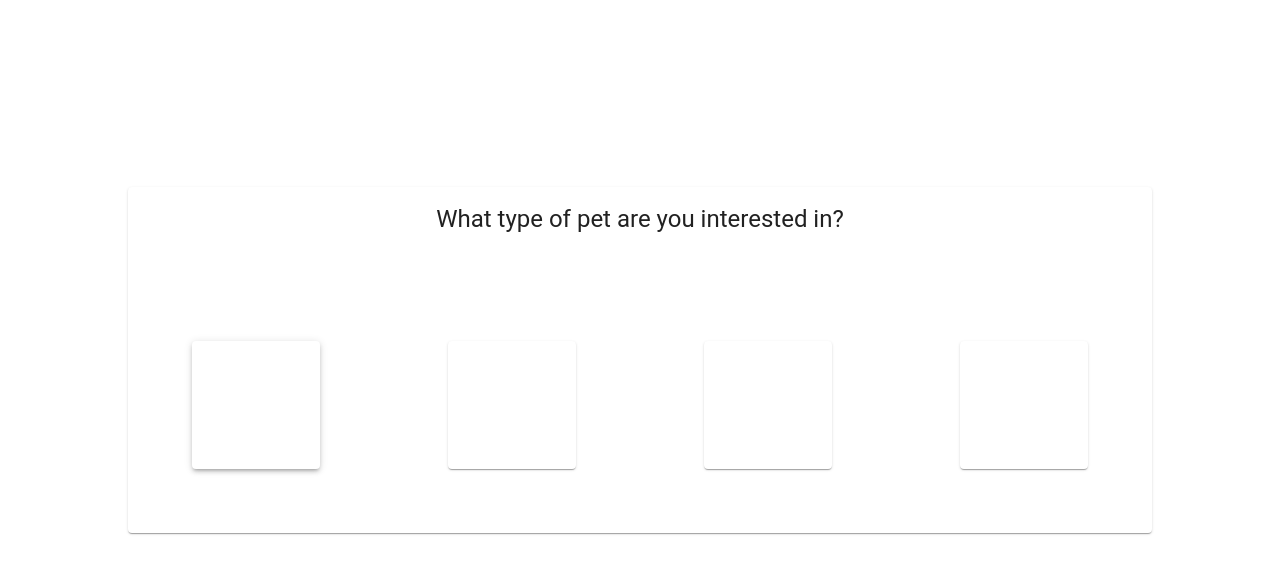
Repository: watthananick1/petstory
Page: /
The author's editor kept a copy of each file at every save. The page is drawn from the files as they stood at one save, then again after the next save.
The browser window is 1280 px wide. The pictures show the whole page.
The project was rebuilt for these pictures with package versions that can differ from the ones it lists, and the page was loaded fresh each time.

Above is the page before, as saved 2023-03-25 14:33:24.

### src/index.tsx
import React from 'react';
import ReactDOM from 'react-dom/client';
import './index.css';
import App from './App';
import reportWebVitals from './reportWebVitals';
import { BrowserRouter } from 'react-router-dom';

const root = ReactDOM.createRoot(document.getElementById('root') as HTMLElement);
root.render(
    <React.StrictMode>
        <BrowserRouter>
            <App />
        </BrowserRouter>
    </React.StrictMode>
);

// If you want to start measuring performance in your app, pass a function
// to log results (for example: reportWebVitals(console.log))
// or send to an analytics endpoint. Learn more: https://bit.ly/CRA-vitals
reportWebVitals();

### src/App.tsx
import logo from './assets/logo.svg';
import styles from './App.module.scss';
import { Menu } from './components/menu/menu';
import { Container } from './components/container/container';
import { Navbar } from './components/navbar/navbar';
import { Posts } from './components/posts/posts';
import Login from './components/login/login';
import SignUp from './components/sign-up/sign-up';
import CardTypePet from './components/card-type-pet/card-type-pet';
import { Route, Routes } from 'react-router';

function App() {
    return (
        // <div className={styles.App}>
        //     <Navbar />
        //     <Menu />
        //     <Container />
        //     <Posts />
        // </div>
        <div>
            <Routes>
                {/* <Route id="login" path="/" element={<Login />} />
                <Route id="signUp" path="/signUp" element={<SignUp />} /> */}
                {/* <Route path="/home" element={<Home />} /> */}
                <Route path="/" element={<CardTypePet />} />
            </Routes>
        </div>
    );
}

export default App;

### src/components/card-type-pet/card-type-pet.tsx
import * as React from 'react';
import { styled } from '@mui/material/styles';
import Box from '@mui/material/Box';
import ButtonBase from '@mui/material/ButtonBase';
import Typography from '@mui/material/Typography';
import { Card, CardContent, Paper } from '@mui/material';

const images = [
    {
        url: 'https://firebasestorage.googleapis.com/v0/b/pet-story-f51e3.appspot.com/o/mainData%2FimgTypePet%2Fcat.jpg?alt=media&token=758765ef-8887-4d21-88d9-0f803717e977',
        title: 'Cat',
        width: '30%',
    },
    {
        url: '/static/images/buttons/burgers.jpg',
        title: 'Burgers',
        width: '30%',
    },
    {
        url: '/static/images/buttons/camera.jpg',
        title: 'Camera',
        width: '30%',
    },
];

const ImageButton = styled(ButtonBase)(({ theme }) => ({
    position: 'relative',
    height: 200,
    [theme.breakpoints.down('sm')]: {
        width: '100% !important', // Overrides inline-style
        height: '2%',
    },
    '&:hover, &.Mui-focusVisible': {
        zIndex: 1,
        '& .MuiImageBackdrop-root': {
            opacity: 0.15,
        },
        '& .MuiImageMarked-root': {
            opacity: 0,
        },
        '& .MuiTypography-root': {
            border: '4px solid currentColor',
        },
    },
}));

const ImageSrc = styled('span')({
    position: 'absolute',
    left: 0,
    right: 0,
    top: 0,
    bottom: 0,
    backgroundSize: 'cover',
    backgroundPosition: 'center 40%',
});

const Image = styled('span')(({ theme }) => ({
    position: 'absolute',
    left: 0,
    right: 0,
    top: 0,
    bottom: 0,
    display: 'flex',
    alignItems: 'center',
    justifyContent: 'center',
    color: theme.palette.common.white,
}));

const ImageBackdrop = styled('span')(({ theme }) => ({
    position: 'absolute',
    left: 0,
    right: 0,
    top: 0,
    bottom: 0,
    backgroundColor: theme.palette.common.black,
    opacity: 0.4,
    transition: theme.transitions.create('opacity'),
}));

const Item = styled(Paper)(({ theme }) => ({
  ...theme.typography.body2,
  textAlign: 'center',
  color: theme.palette.text.secondary,
  height: 10,
  lineHeight: '60px',
}));

export default function CardTypePet() {
    return (
        <div style={{ display: 'flex', alignItems: 'center', height: '100vh'}}>
            <Card sx={{ minWidth: '50%', margin: '0 auto' }}>
                <CardContent>
                    <Typography gutterBottom variant="h5" style={{alignItems: 'center', textAlign: 'center', height: 50}} component="div">
                      What type of pet are you interested in?
                    </Typography >
                </CardContent>
                <Box
                  sx={{
                    display: 'flex',
                    flexWrap: 'wrap',
                    '& > :not(style)': {
                      m: 8,
                      width: 128,
                      height: 128,
                    },
                  }}
                >
                  <Paper elevation={3} />
                  {images.map((image) => (
                      <Item >
                        <ImageButton
                            focusRipple
                            key={image.title}
                            style={{
                                width: 'auto',
                            }}
                            onClick={() => console.log(`Clicked on ${image.title}`)}
                        >
                            <ImageSrc style={{ backgroundImage: `url(${image.url})` }} />
                            <ImageBackdrop className="MuiImageBackdrop-root" />
                            <Image>
                                <Typography
                                    component="span"
                                    variant="subtitle1"
                                    color="inherit"
                                    sx={{
                                        position: 'relative',
                                        p: 4,
                                        pt: 2,
                                        pb: (theme) => `calc(${theme.spacing(1)} + 2px)`,
                                    }}
                                >
                                    {image.title}
                                </Typography>
                            </Image>
                        </ImageButton>
                        </Item>
                    ))}
                </Box>

            </Card>
        </div>
    );
}

Loaded but not shown: public/index.html (common file); src/index.css (common file); src/reportWebVitals.ts (common file)

After the next save:
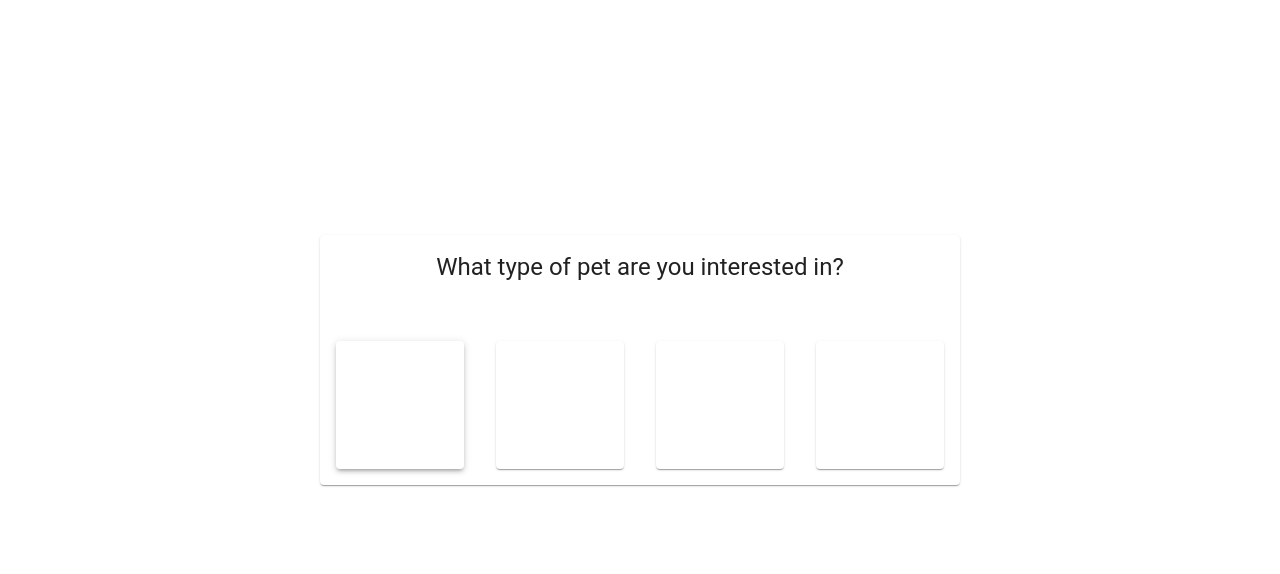
Saved 2 min 14 s later.
--- a/src/components/card-type-pet/card-type-pet.tsx
+++ b/src/components/card-type-pet/card-type-pet.tsx
@@ -99,7 +99,7 @@ export default function CardTypePet() {
                     display: 'flex',
                     flexWrap: 'wrap',
                     '& > :not(style)': {
-                      m: 8,
+                      m: 2,
                       width: 128,
                       height: 128,
                     },
